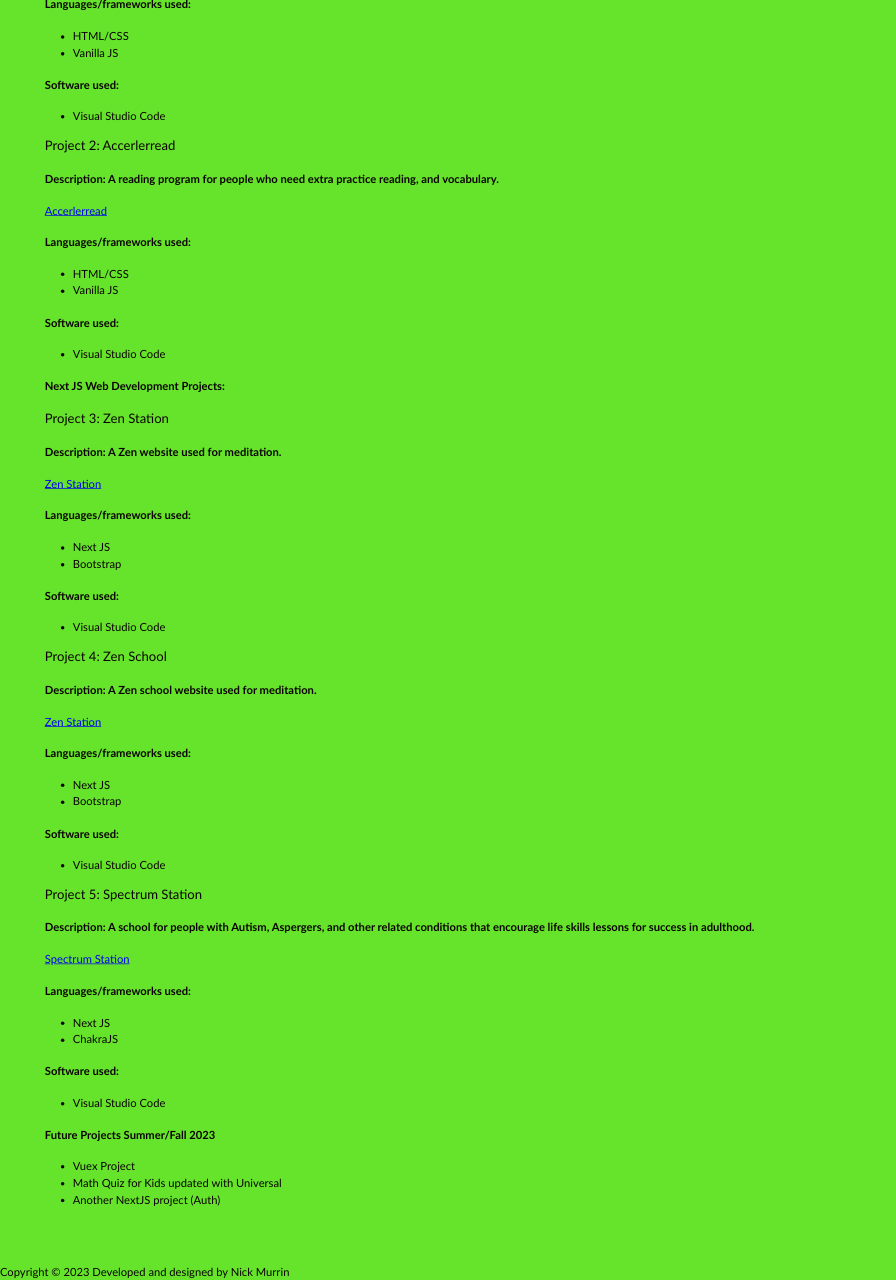
Repository: collegedude9300/modernport
Page: about.html
The author's editor kept a copy of each file at every save. The page is drawn from the files as they stood at one save, then again after the next save.
The browser window is 1280 px wide. The pictures show the part of the page from y = 649 to 2569 px (the page is 2478 px tall before and 2569 px after), at 70% of full size.

Above is the page before, as saved 2024-01-14 12:37:22.

After the next save:
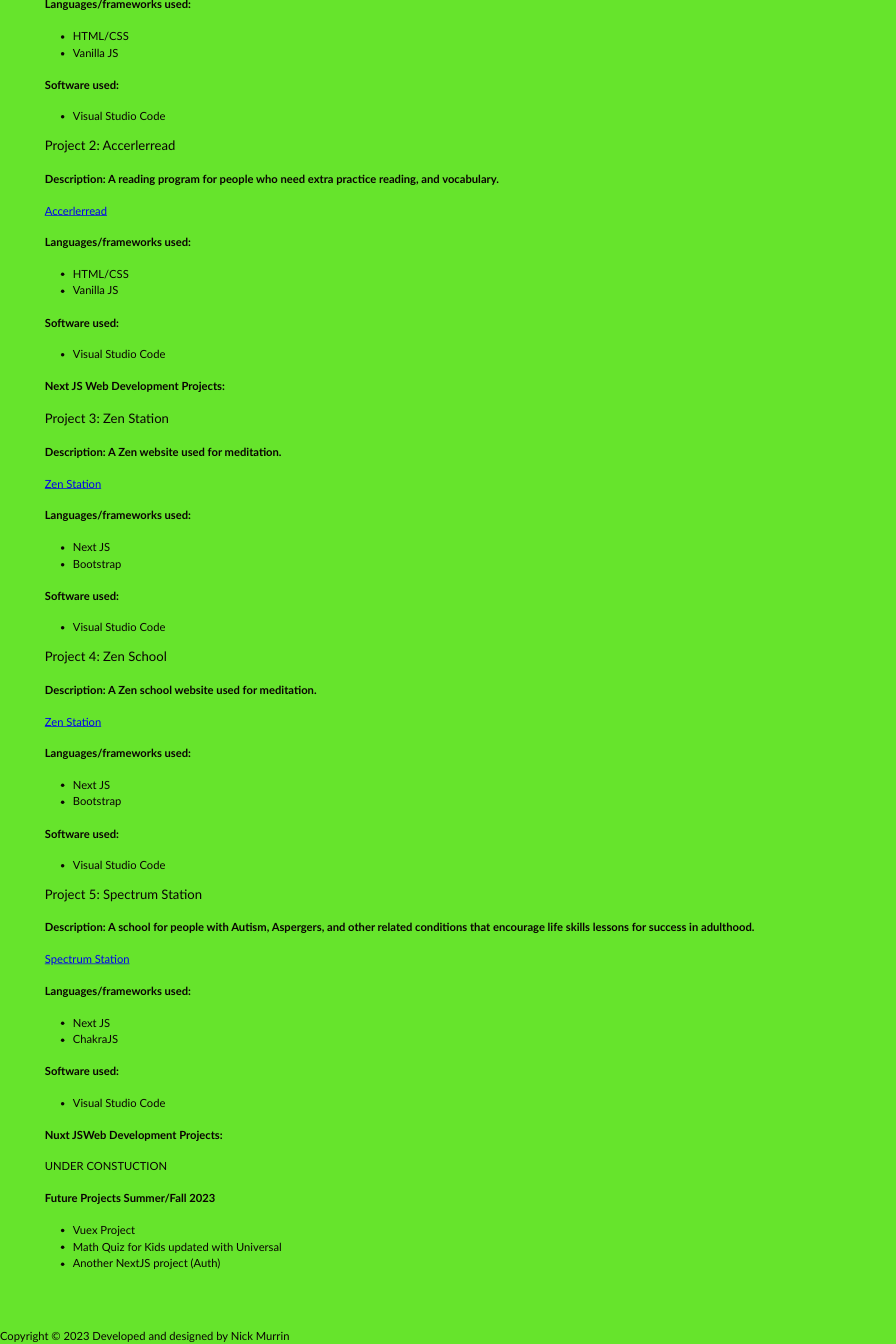
Saved 65 s later.
--- a/about.html
+++ b/about.html
@@ -112,8 +112,6 @@ About Me:
 <li> Visual Studio Code  </li>
 </ul>
       </div>
-
-
       <div class="project5">
         <h3>Project 5: Spectrum Station</h3>
         <h4>Description: A school for people with Autism, Aspergers, and other related conditions that encourage life skills lessons for success in adulthood.</h4>
@@ -128,7 +126,8 @@ About Me:
 <li> Visual Studio Code  </li>
 </ul>
       </div>
-
+      <h4>  Nuxt JSWeb Development Projects:</h4>
+      <p> UNDER CONSTUCTION </p>
 <h4> Future Projects Summer/Fall 2023  </h4>
 <ul>
   <li> Vuex Project </li>
